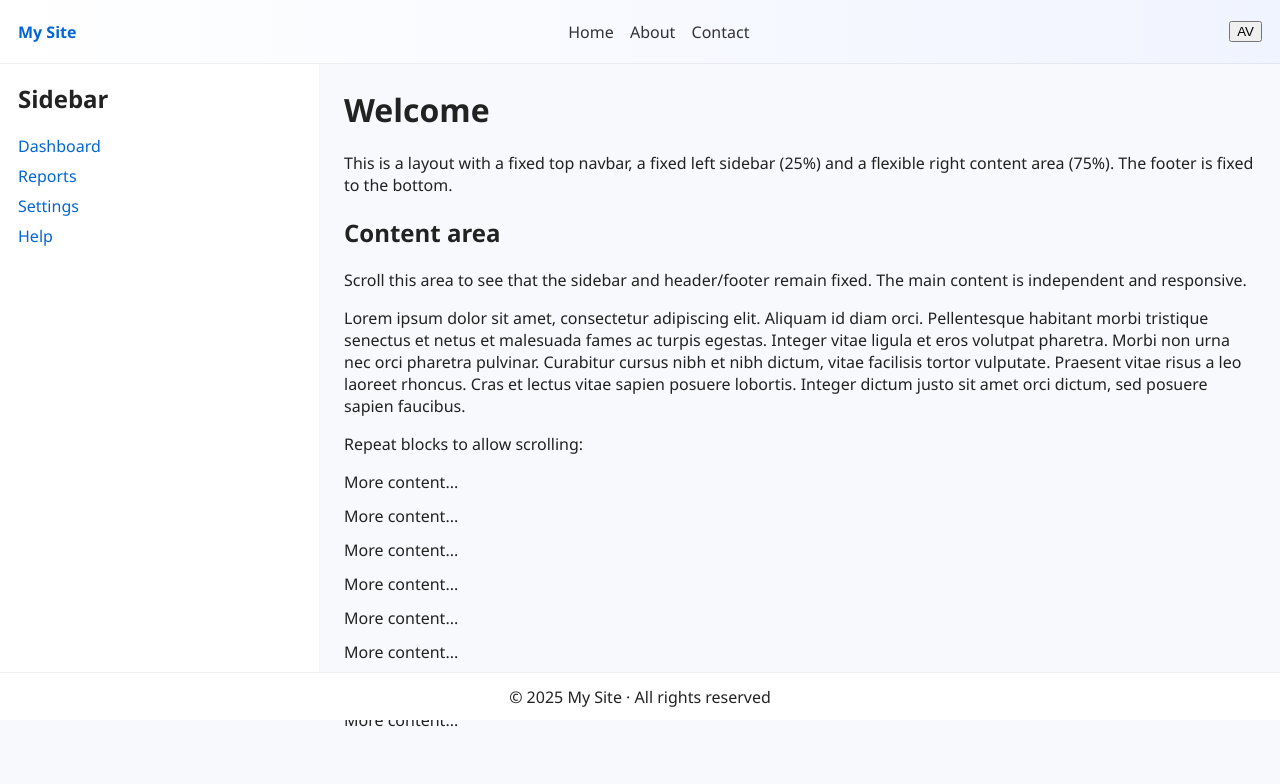
Repository: AdityaTech-Pro/FullStackWithBridgelabz
Page: Assignment8/WebPageWithFixedNavbarAndFooter/index.html
An editor plug-in stored every save of this project. The page is shown before and after the next save, followed by the edit.
The browser window is 1280 px wide. The pictures show the whole page.

Above is the page before, as saved 2025-11-05 09:22:10.

### Assignment8/WebPageWithFixedNavbarAndFooter/index.html
<!doctype html>
<html lang="en">

<head>
    <meta charset="utf-8" />
    <meta name="viewport" content="width=device-width, initial-scale=1" />
    <title>Fixed Navbar, Sidebar & Footer Layout</title>
    <link rel="stylesheet" href="styles.css">
</head>

<body>
    <header class="site-header">
        <div class="brand">My Site</div>
        <nav class="top-nav">
            <a href="#">Home</a>
            <a href="#">About</a>
            <a href="#">Contact</a>
        </nav>
        <!-- Profile circle (initials shown if no image) -->
        <button class="profile" title="User menu" aria-label="User menu">AV</button>
    </header>

    <aside class="sidebar-left" aria-label="Primary sidebar">
        <div class="sidebar-inner">
            <h2>Sidebar</h2>
            <ul>
                <li><a href="#">Dashboard</a></li>
                <li><a href="#">Reports</a></li>
                <li><a href="#">Settings</a></li>
                <li><a href="#">Help</a></li>
            </ul>
        </div>
    </aside>

    <main class="main-content">
        <div class="content-inner">
            <h1>Welcome</h1>
            <p>This is a layout with a fixed top navbar, a fixed left sidebar (25%) and a flexible right content area (75%). The footer is fixed to the bottom.</p>

            <section>
                <h2>Content area</h2>
                <p>Scroll this area to see that the sidebar and header/footer remain fixed. The main content is independent and responsive.</p>
                <p>Lorem ipsum dolor sit amet, consectetur adipiscing elit. Aliquam id diam orci. Pellentesque habitant morbi tristique senectus et netus et malesuada fames ac turpis egestas. Integer vitae ligula et eros volutpat pharetra. Morbi non urna
                    nec orci pharetra pulvinar. Curabitur cursus nibh et nibh dictum, vitae facilisis tortor vulputate. Praesent vitae risus a leo laoreet rhoncus. Cras et lectus vitae sapien posuere lobortis. Integer dictum justo sit amet orci dictum,
                    sed posuere sapien faucibus.</p>
                <p>Repeat blocks to allow scrolling:</p>
                <div class="filler">
                    <p>More content...</p>
                    <p>More content...</p>
                    <p>More content...</p>
                    <p>More content...</p>
                    <p>More content...</p>
                    <p>More content...</p>
                    <p>More content...</p>
                    <p>More content...</p>
                </div>
            </section>
        </div>
    </main>

    <footer class="site-footer">
        <div>© 2025 My Site · All rights reserved</div>
    </footer>
</body>

</html>

### Assignment8/WebPageWithFixedNavbarAndFooter/styles.css
:root{
  --header-height: 64px;
  --footer-height: 48px;
  --sidebar-width: 25%; /* left sidebar width */
  --gap: 16px;
  --bg: #f7f9fc;
  --accent: #0366d6;
}

*{box-sizing:border-box}
html,body{height:100%;margin:0;font-family:Segoe UI, Roboto, Arial, sans-serif;background:var(--bg);color:#222}

/* Header */
.site-header{
  position:fixed;
  top:0;left:0;right:0;
  height:var(--header-height);
  background:linear-gradient(90deg,#ffffff 0%, #f0f4ff 100%);
  border-bottom:1px solid rgba(0,0,0,0.06);
  display:flex;align-items:center;justify-content:space-between;
  padding:0 18px;z-index:1000;
}
.site-header .brand{font-weight:700;color:var(--accent)}
.top-nav a{margin-left:12px;color:#333;text-decoration:none}

/* Footer */
.site-footer{
  position:fixed;left:0;right:0;bottom:0;
  height:var(--footer-height);
  background:#fff;border-top:1px solid rgba(0,0,0,0.06);
  display:flex;align-items:center;justify-content:center;padding:0 18px;z-index:1000;
}

/* Left sidebar (fixed between header & footer) */
.sidebar-left{
  position:fixed;left:0;top:var(--header-height);bottom:var(--footer-height);
  width:var(--sidebar-width);
  background:#ffffff;padding:18px;border-right:1px solid rgba(0,0,0,0.04);overflow:auto;z-index:900;
}
.sidebar-left h2{margin-top:0}
.sidebar-left ul{list-style:none;padding:0;margin:0}
.sidebar-left li{margin:8px 0}
.sidebar-left a{text-decoration:none;color:#0366d6}

/* Main content (to the right, flexible) */
.main-content{
  margin-left:var(--sidebar-width);
  margin-top:var(--header-height);
  margin-bottom:var(--footer-height);
  padding:24px;min-height:calc(100vh - var(--header-height) - var(--footer-height));
  /* make main scroll if content overflows */
  overflow:auto;
}
.content-inner{max-width:1100px;margin:0 auto;background:transparent}

.filler p{margin:12px 0}

/* Small visual helpers */
h1{margin-top:0}

/* Responsive: collapse sidebar for narrow viewports */
@media (max-width:900px){
  :root{--sidebar-width:280px}
}
@media (max-width:700px){
  /* Move sidebar to top as a collapsible block */
  .sidebar-left{position:relative;top:0;left:0;width:100%;height:auto;border-right:0;border-bottom:1px solid rgba(0,0,0,0.06);}
  .main-content{margin-left:0}
  .site-header{padding:0 12px}
}

/* Small touches for keyboard focus */
a:focus{outline:2px dashed rgba(3,102,214,0.4);outline-offset:2px}

After the next save:
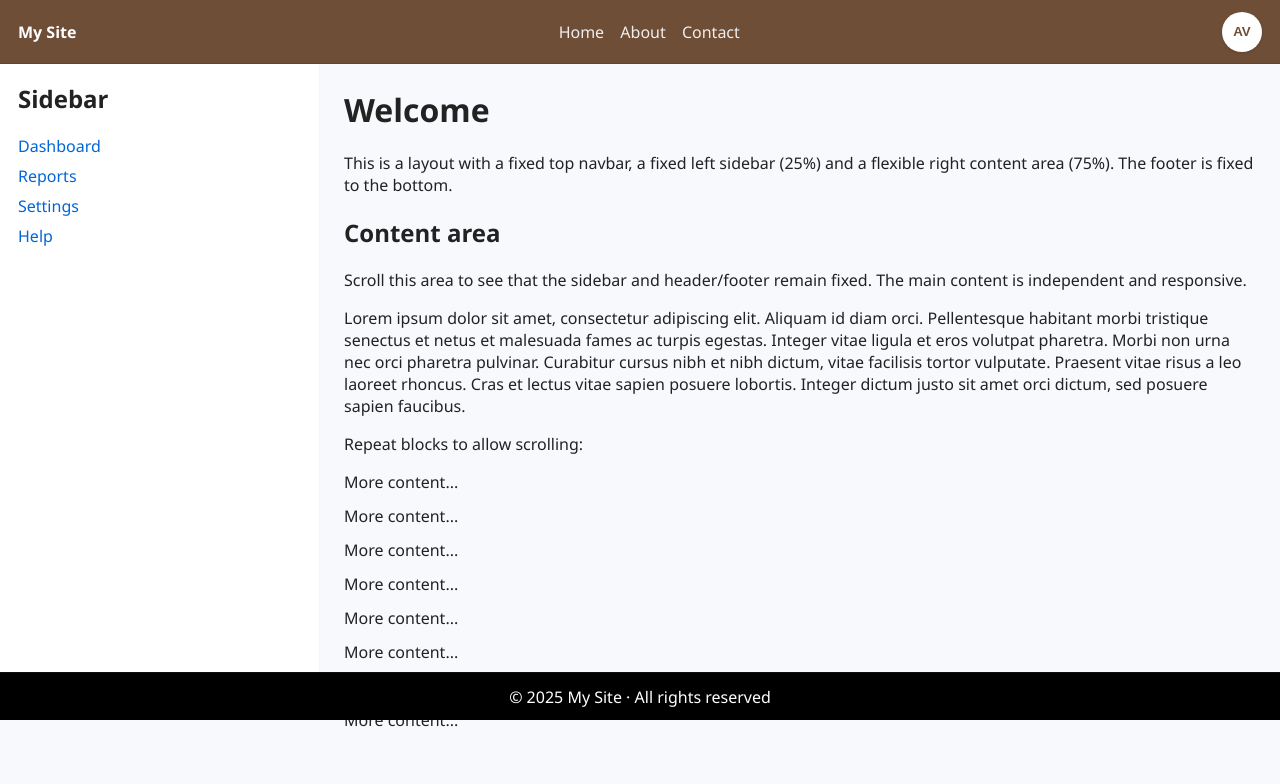
Saved 20 s later.
--- a/Assignment8/WebPageWithFixedNavbarAndFooter/styles.css
+++ b/Assignment8/WebPageWithFixedNavbarAndFooter/styles.css
@@ -5,6 +5,10 @@
   --gap: 16px;
   --bg: #f7f9fc;
   --accent: #0366d6;
+  --header-bg: #6F4E37; /* coffee brown */
+  --header-text: #ffffff;
+  --footer-bg: #000000;
+  --footer-text: #ffffff;
 }
 
 *{box-sizing:border-box}
@@ -15,20 +19,31 @@ html,body{height:100%;margin:0;font-family:Segoe UI, Roboto, Arial, sans-serif;b
   position:fixed;
   top:0;left:0;right:0;
   height:var(--header-height);
-  background:linear-gradient(90deg,#ffffff 0%, #f0f4ff 100%);
-  border-bottom:1px solid rgba(0,0,0,0.06);
+  background:var(--header-bg);
+  color:var(--header-text);
+  border-bottom:1px solid rgba(0,0,0,0.12);
   display:flex;align-items:center;justify-content:space-between;
-  padding:0 18px;z-index:1000;
+  gap:12px;padding:0 18px;z-index:1000;
 }
-.site-header .brand{font-weight:700;color:var(--accent)}
-.top-nav a{margin-left:12px;color:#333;text-decoration:none}
+.site-header .brand{font-weight:700;color:var(--header-text)}
+.top-nav a{margin-left:12px;color:rgba(255,255,255,0.9);text-decoration:none}
+
+/* Profile avatar in header */
+.profile{
+  margin-left:12px;
+  width:40px;height:40px;border-radius:50%;
+  display:inline-flex;align-items:center;justify-content:center;
+  background:#fff;color:var(--header-bg);border:0;cursor:pointer;font-weight:600;
+  box-shadow:0 1px 3px rgba(0,0,0,0.15);
+}
+.profile:focus{outline:3px solid rgba(255,255,255,0.25);outline-offset:3px}
 
 /* Footer */
 .site-footer{
   position:fixed;left:0;right:0;bottom:0;
   height:var(--footer-height);
-  background:#fff;border-top:1px solid rgba(0,0,0,0.06);
-  display:flex;align-items:center;justify-content:center;padding:0 18px;z-index:1000;
+  background:var(--footer-bg);border-top:1px solid rgba(255,255,255,0.06);
+  color:var(--footer-text);display:flex;align-items:center;justify-content:center;padding:0 18px;z-index:1000;
 }
 
 /* Left sidebar (fixed between header & footer) */
